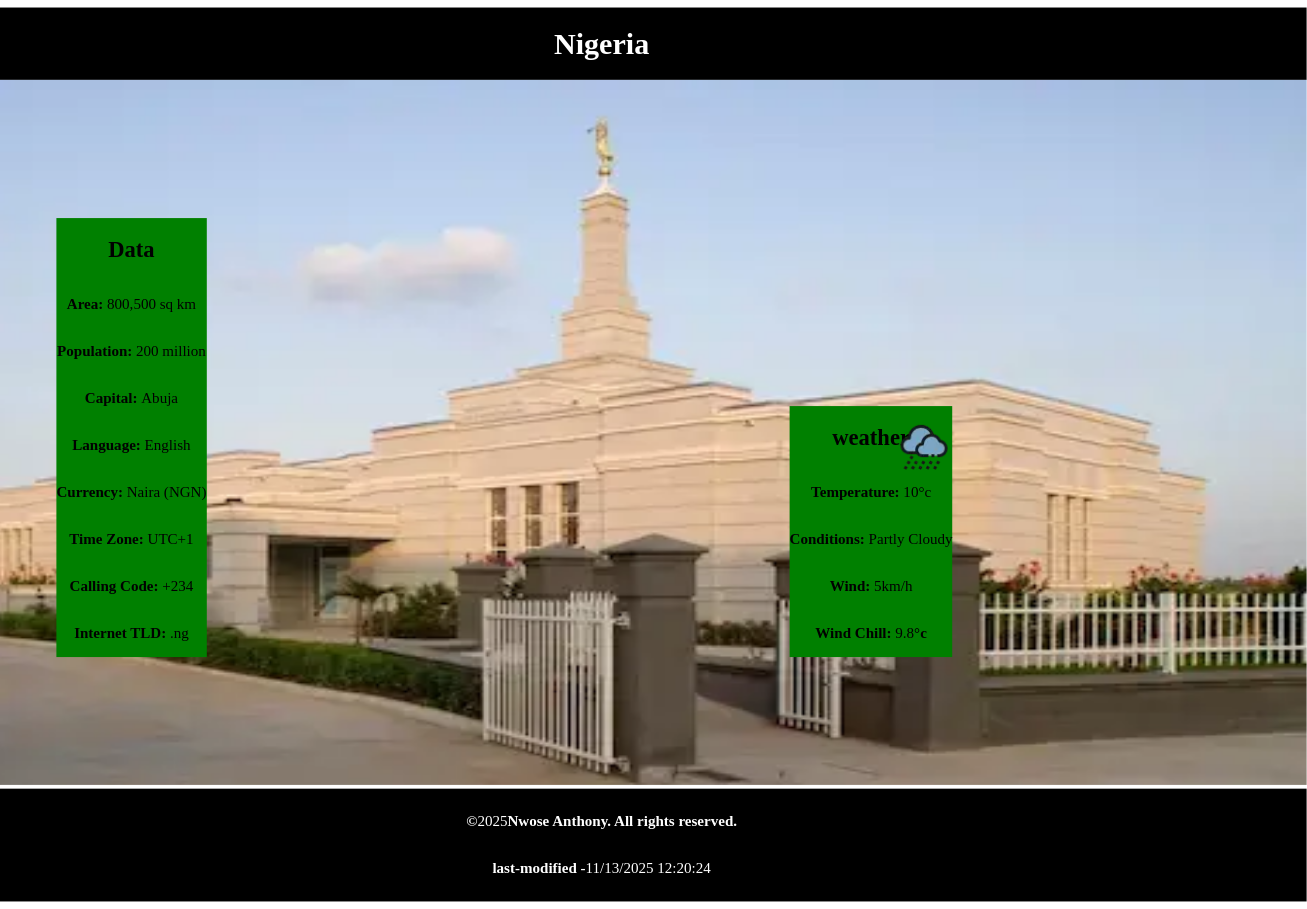
Repository: NoblesNigeria/wdd131
Page: place.html
These files come from the project's save history. The page is drawn as it stood at one moment and after the next save; the edit follows.
The browser window is 1280 px wide. The page is 1390 px wide, so the pictures cover 1390 px, including what lies to the right of the window. The pictures show the whole page, at 94% of full size.

Above is the page before, as saved 2025-11-13 17:19:46.

After the next save:
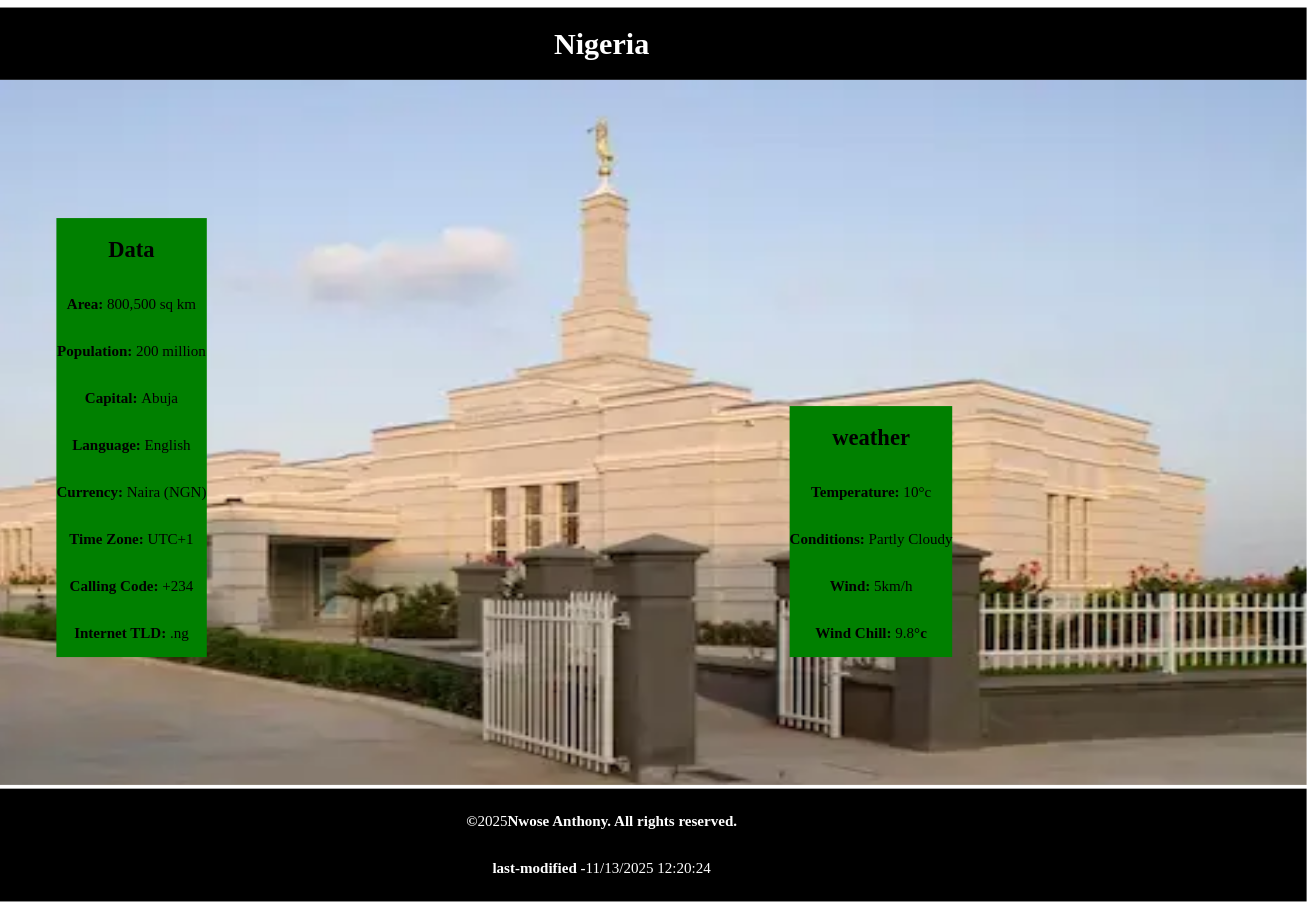
Saved 33 min 3 s later.
--- a/place.html
+++ b/place.html
@@ -26,7 +26,7 @@
             </picture>
             <figure class="content">
                 <h2>weather</h2>
-                <img src="images/rain-weather-icon.webp" alt="weather icon" width="50px" height="auto">
+
                 <p>Temperature: <span id="temperature"></span></p>
                 <p>Conditions: <span id="conditions"></span></p>
                 <p>Wind: <span id="wind-speed"></span></p>
